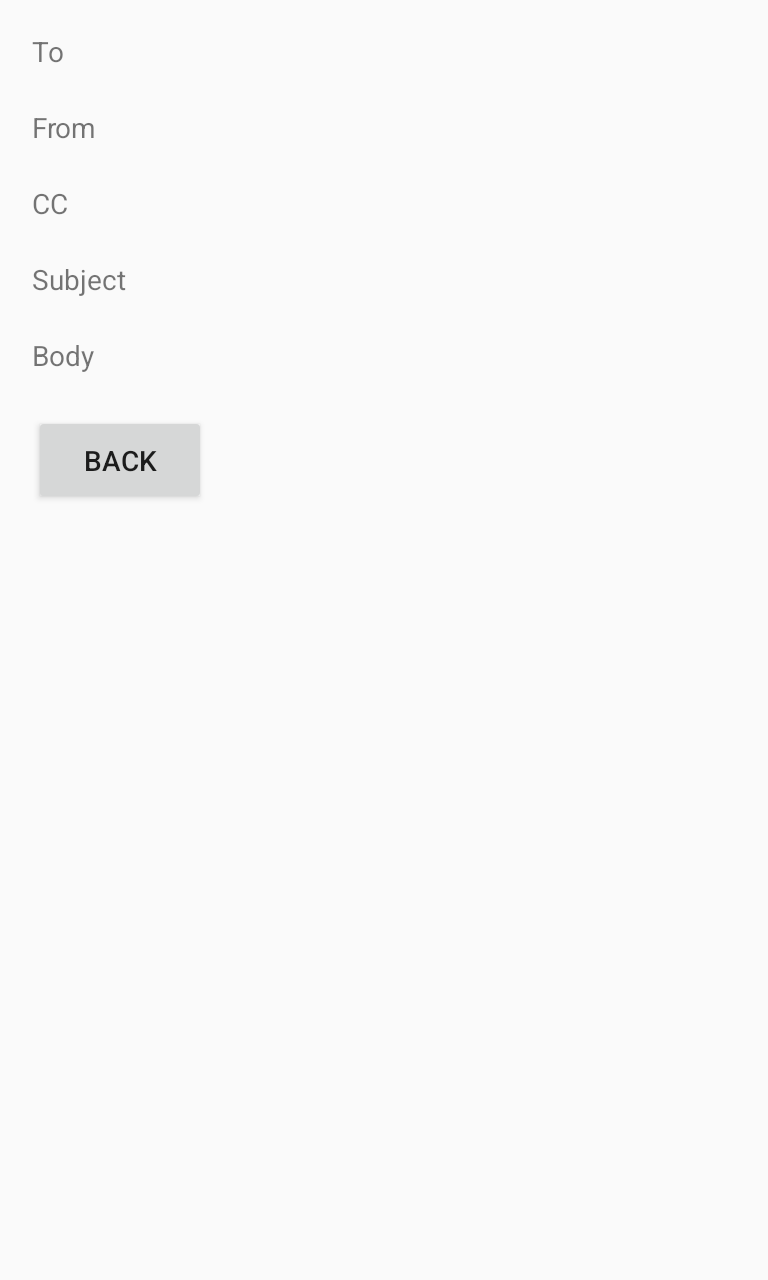
Repository: tmccartan/Android
Layout: Assignment1/res/layout/activity_email_reading.xml
The author's editor kept a copy of each file at every save. The layout is drawn from the files as they stood at one save, then again after the next save.
It is drawn on a 768 x 1280 px phone screen (xhdpi) without system bars, with theme Theme.AppCompat.Light; the app's code is not run.

Above is the layout before, as saved 2015-03-03 21:14:50.

After the next save:
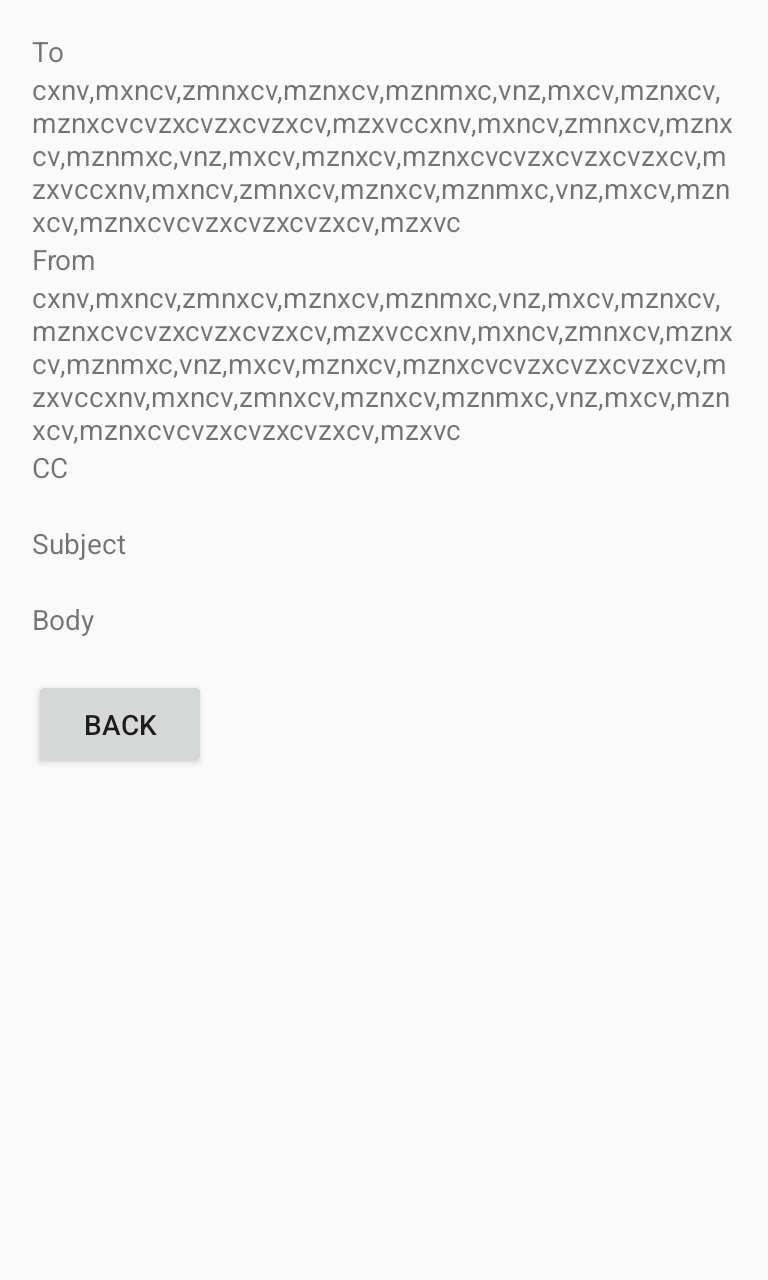
Saved 9 min 56 s later.
--- a/Assignment1/res/layout/activity_email_reading.xml
+++ b/Assignment1/res/layout/activity_email_reading.xml
@@ -40,8 +40,9 @@
 
                 <TextView
                     android:id="@+id/txtTo"
-                    android:layout_width="fill_parent"
-                    android:layout_height="wrap_content" />
+                    android:layout_width="wrap_content"
+                    android:layout_height="wrap_content"
+                    android:text="cxnv,mxncv,zmnxcv,mznxcv,mznmxc,vnz,mxcv,mznxcv,mznxcvcvzxcvzxcvzxcv,mzxvccxnv,mxncv,zmnxcv,mznxcv,mznmxc,vnz,mxcv,mznxcv,mznxcvcvzxcvzxcvzxcv,mzxvccxnv,mxncv,zmnxcv,mznxcv,mznmxc,vnz,mxcv,mznxcv,mznxcvcvzxcvzxcvzxcv,mzxvc" />
 
             </TableRow>
 
@@ -64,10 +65,9 @@
 
                 <TextView
                     android:id="@+id/txtFrom"
-                    android:layout_width="fill_parent"
+                    android:layout_width="wrap_content"
                     android:layout_height="wrap_content"
-                    android:ems="10"
-                    android:inputType="textEmailAddress" />
+                    android:text="cxnv,mxncv,zmnxcv,mznxcv,mznmxc,vnz,mxcv,mznxcv,mznxcvcvzxcvzxcvzxcv,mzxvccxnv,mxncv,zmnxcv,mznxcv,mznmxc,vnz,mxcv,mznxcv,mznxcvcvzxcvzxcvzxcv,mzxvccxnv,mxncv,zmnxcv,mznxcv,mznmxc,vnz,mxcv,mznxcv,mznxcvcvzxcvzxcvzxcv,mzxvc" />
 
             </TableRow>
 
